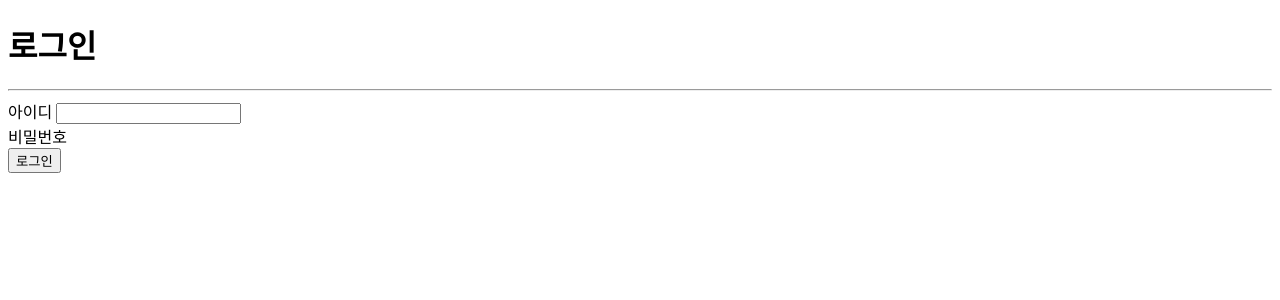
Repository: hhw9797/bitcampjn201904
Page: http://localhost/FirstWeb/cookie/member/loginForm.jsp
The author's editor kept a copy of each file at every save. The page is drawn from the files as they stood at one save, then again after the next save.
The browser window is 1280 px wide. The pictures show the whole page.
The page is served by Tomcat 9.

Above is the page before, as saved 2019-06-25 07:34:02.

After the next save:
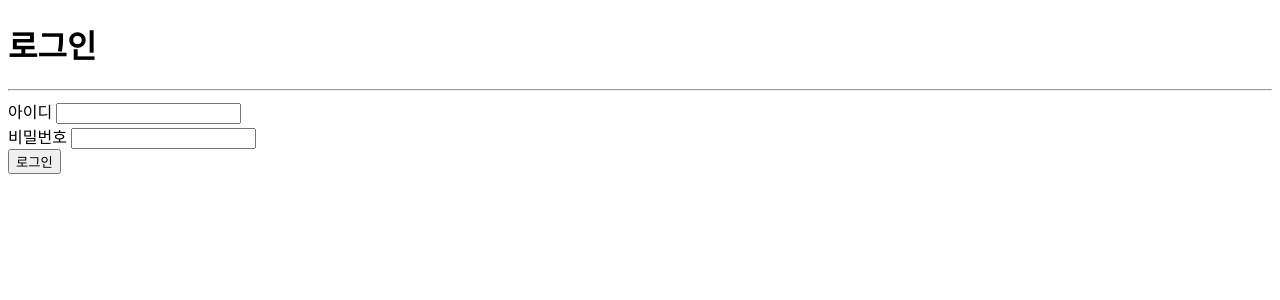
Saved 100 s later.
--- a/html/html5/jsp/FirstWeb/WebContent/cookie/member/loginForm.jsp
+++ b/html/html5/jsp/FirstWeb/WebContent/cookie/member/loginForm.jsp
@@ -15,7 +15,7 @@
 	<hr>
 	<form action="login.jsp" method="post">
 		아이디 <input type="text" name="id"> <br>
-		비밀번호 <inputtype="password" name="pw"> <br>
+		비밀번호 <input type="password" name="pw"> <br>
 		<input type="submit" value="로그인">
 	</form>
 
